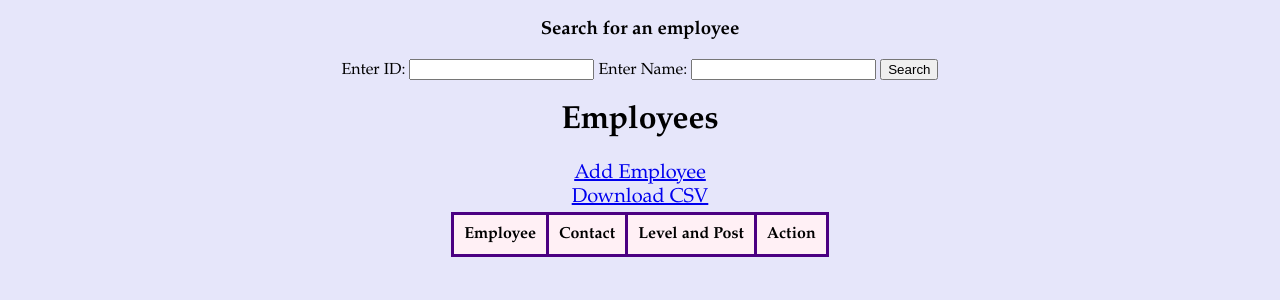
Repository: P9-Analyst-Java/employee-management-abhishekdatta12
Page: http://localhost/spring-expense-tracker/WEB-INF/views/home.jsp
An editor plug-in stored every save of this project. The page is shown before and after the next save, followed by the edit.
The browser window is 1280 px wide. The pictures show the whole page.
The page is served by Tomcat 10. Nobody is signed in. The template is opened directly, without the code that normally fills it, so the values that code supplies are empty.

Above is the page before, as saved 2023-02-22 09:35:37.

After the next save:
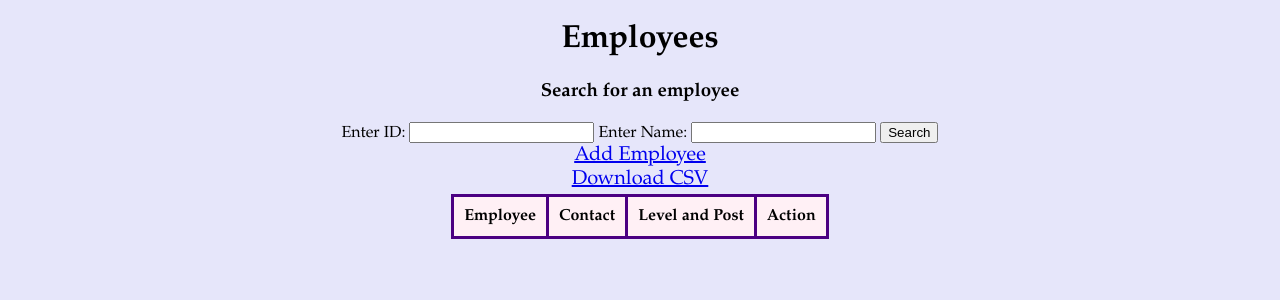
Saved 18 s later.
--- a/spring-portal/spring-expense-tracker/src/main/webapp/WEB-INF/views/home.jsp
+++ b/spring-portal/spring-expense-tracker/src/main/webapp/WEB-INF/views/home.jsp
@@ -45,6 +45,8 @@ th, td{
 <title>Home</title>
 </head>
 <body>
+
+	<h1>Employees</h1>
 	<h3>Search for an employee</h3>
 
 	<form action="${contextRoot}/search" method="post">
@@ -53,7 +55,7 @@ th, td{
 	<button type="submit">Search</button>
 	</form>
 
-	<h1>Employees</h1>
+
 	<div>
 	<a href="${contextRoot}/employee">Add Employee</a>
 	</div>
